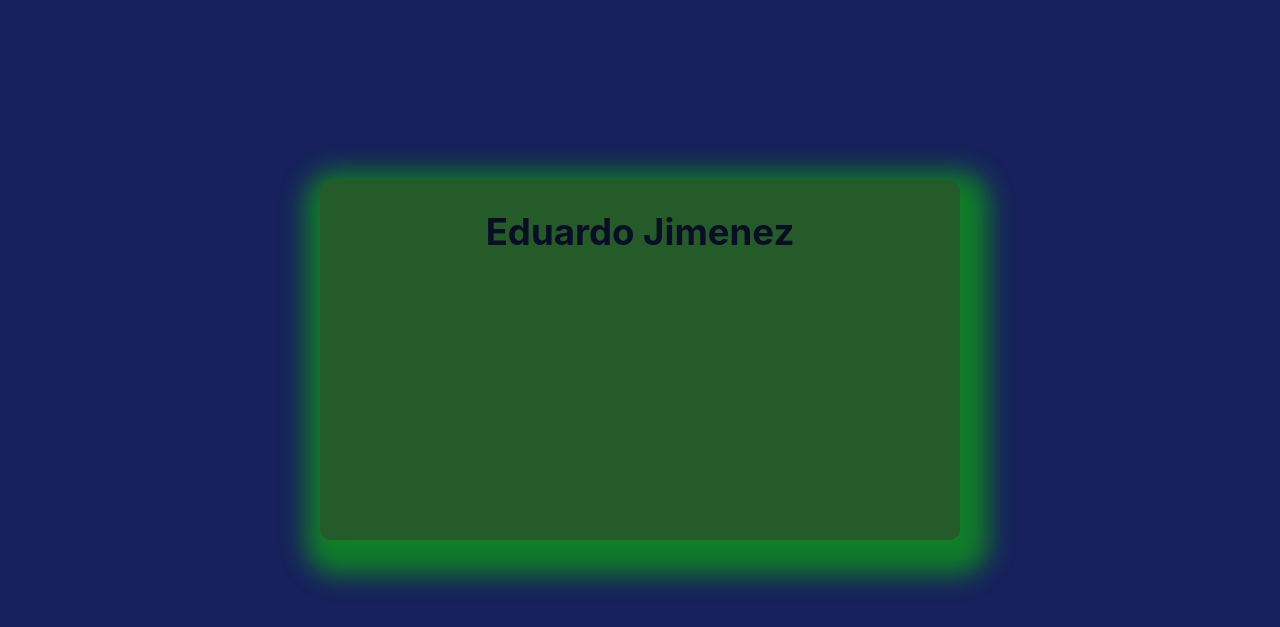
Repository: l8nightswithJS/react-my-portfolio
Page: /
The author's editor kept a copy of each file at every save. The page is drawn from the files as they stood at one save, then again after the next save.
The browser window is 1280 px wide. The pictures show the whole page.
The project was rebuilt for these pictures with package versions that can differ from the ones it lists, and the page was loaded fresh each time.

Above is the page before, as saved 2021-04-23 00:03:26.

After the next save:
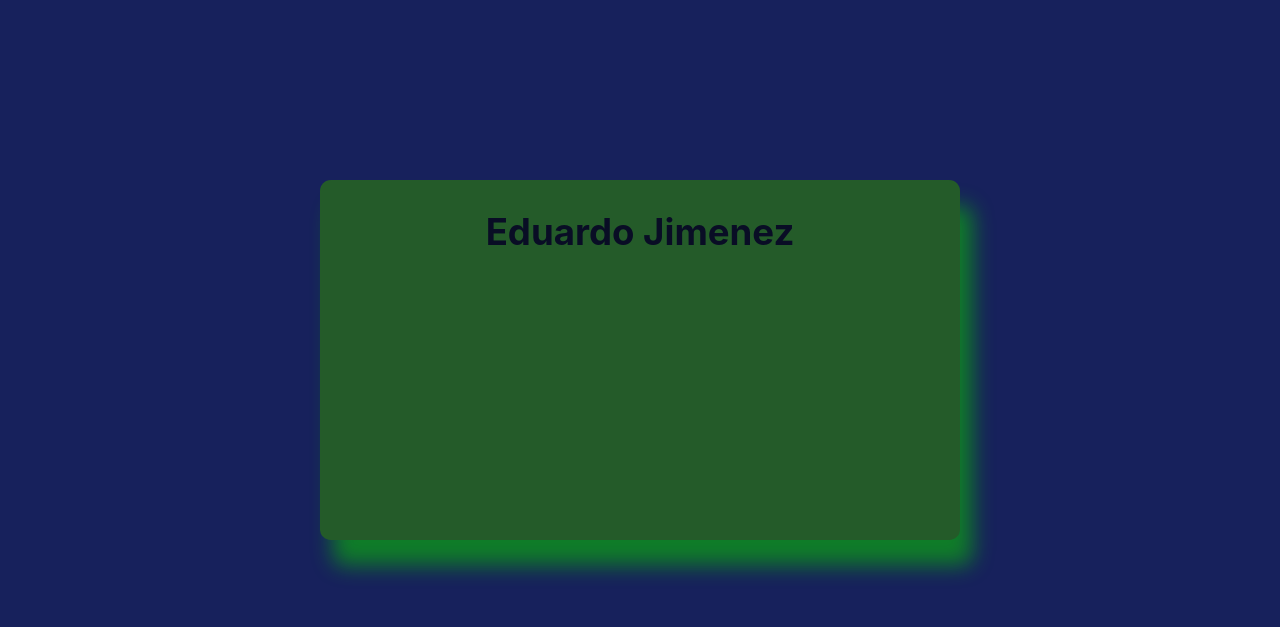
Saved 9 s later.
--- a/src/App.css
+++ b/src/App.css
@@ -17,7 +17,7 @@
   margin: auto;
   font-size: calc(10px + 2vmin);
   color: white;
-  box-shadow: 1vh 1vw 2vw 3vh rgb(12, 187, 6);
+  box-shadow: 1vw 2vw 3vh rgb(12, 187, 6);
   opacity: .6;
   border-radius: 1.5vh;
 }

After the save that followed:
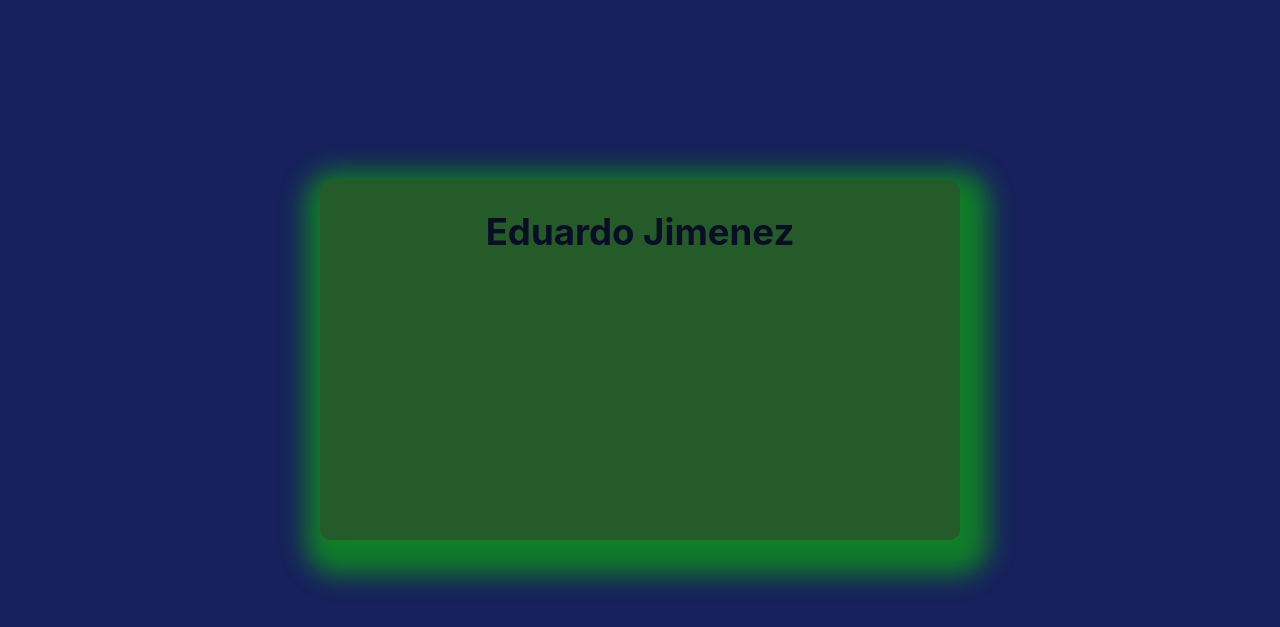
Saved 4 s later.
--- a/src/App.css
+++ b/src/App.css
@@ -17,7 +17,7 @@
   margin: auto;
   font-size: calc(10px + 2vmin);
   color: white;
-  box-shadow: 1vw 2vw 3vh rgb(12, 187, 6);
+  box-shadow: 1vh 1vw 2vw 3vh rgb(12, 187, 6);
   opacity: .6;
   border-radius: 1.5vh;
 }
